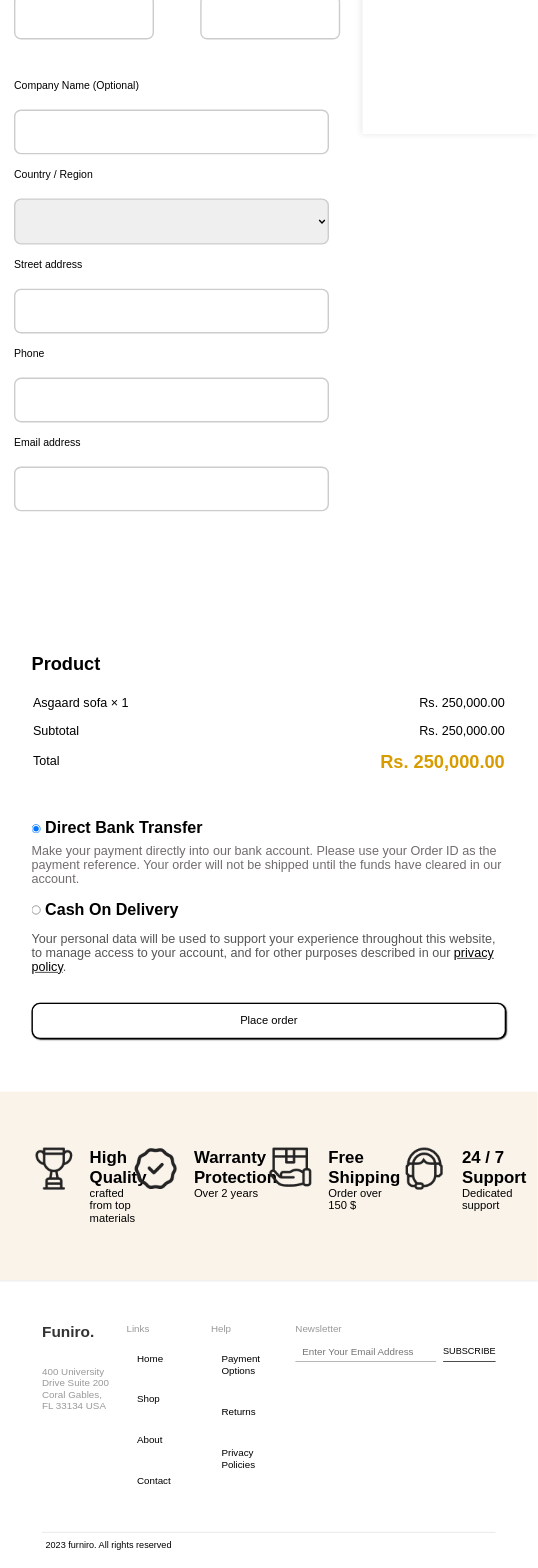
Repository: Ali1Kh/Furniro-ITI
Page: pages/checkout.html
An editor plug-in stored every save of this project. The page is shown before and after the next save, followed by the edit.
The browser window is 768 px wide. The pictures show the part of the page from y = 608 to 2848 px (the page is 2848 px tall), at 70% of full size.

Above is the page before, as saved 2025-07-19 20:41:31.

After the next save:
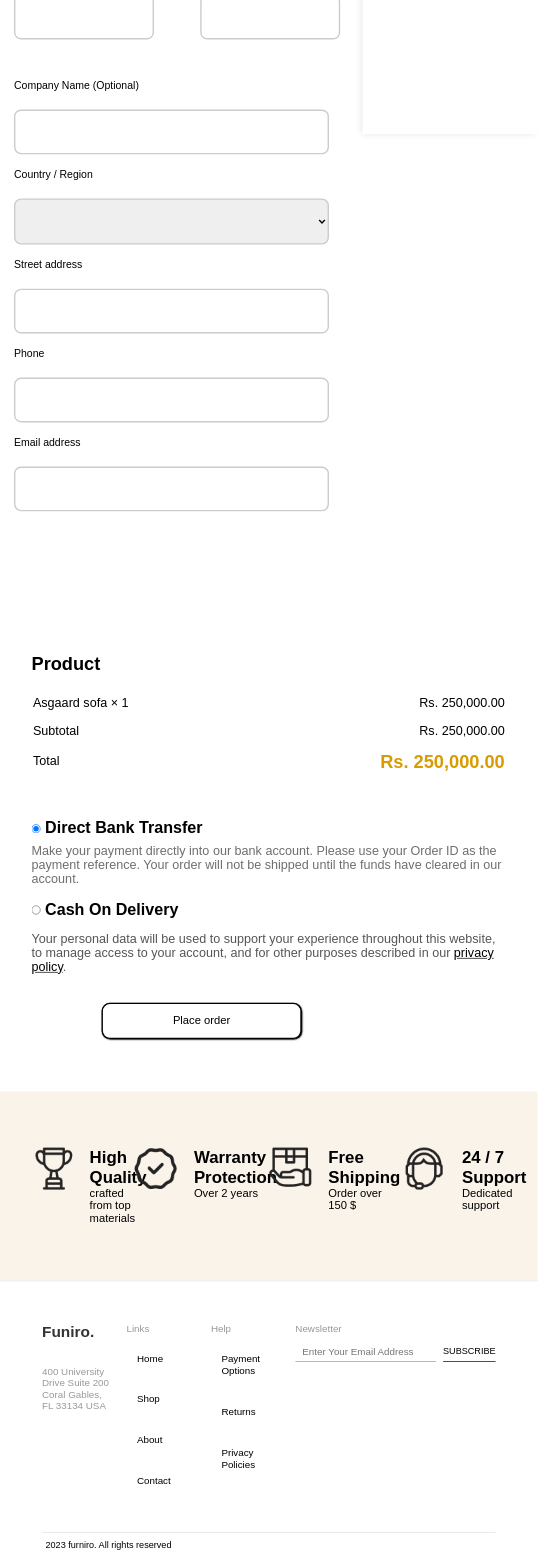
Saved 19 s later.
--- a/styles/checkout.css
+++ b/styles/checkout.css
@@ -395,4 +395,10 @@ form select {
    .form, .table {
     flex: 1 1 48%;
   }
-}
+
+    .btn {
+    width: auto;
+    padding: 15px 100px;
+    margin-left: 100px;
+  }
+}
